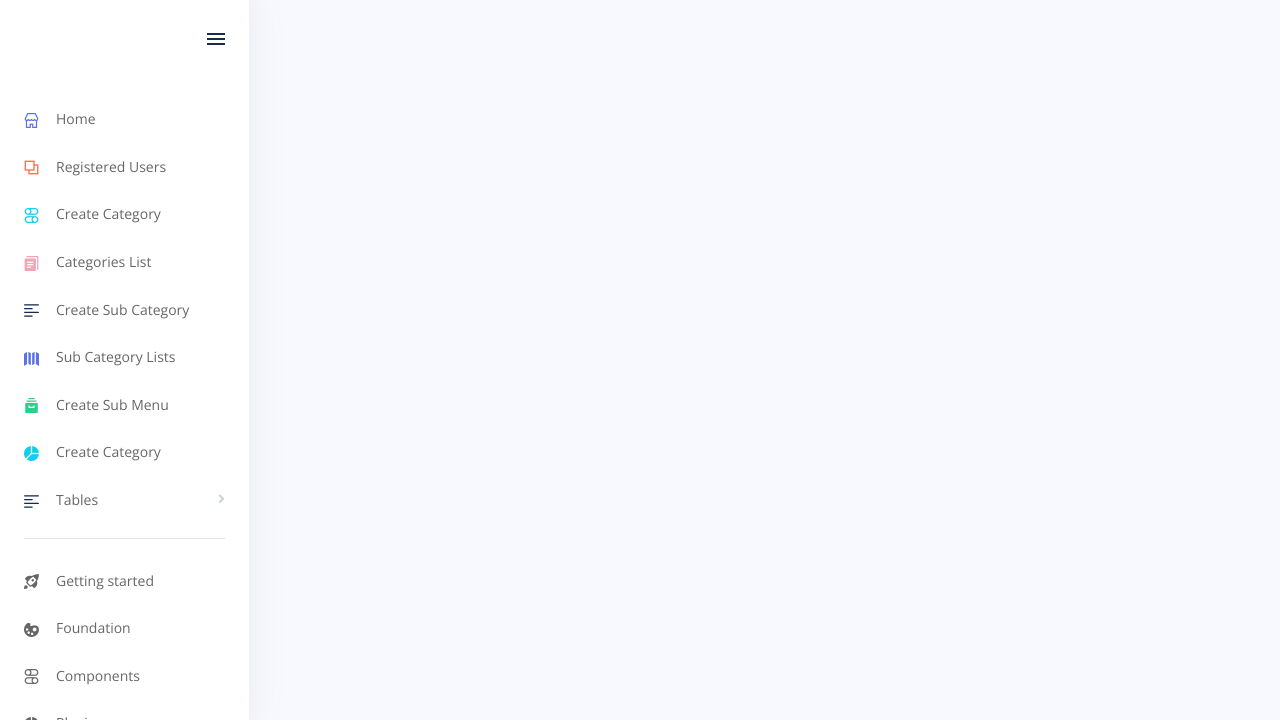
Repository: shivaylamba/caadvotescs
Page: resources/views/admin/layouts/header.blade.php
These files come from the project's save history. The page is drawn as it stood at one moment and after the next save; the edit follows.
The browser window is 1280 px wide. The pictures show the whole page.
The page is served by the project's Laravel application, run on PHP 8.4 with Laravel 8. The template is opened directly, without the code that normally fills it, so the values that code supplies are empty.

Above is the page before, as saved 2020-01-10 01:33:44.

After the next save:
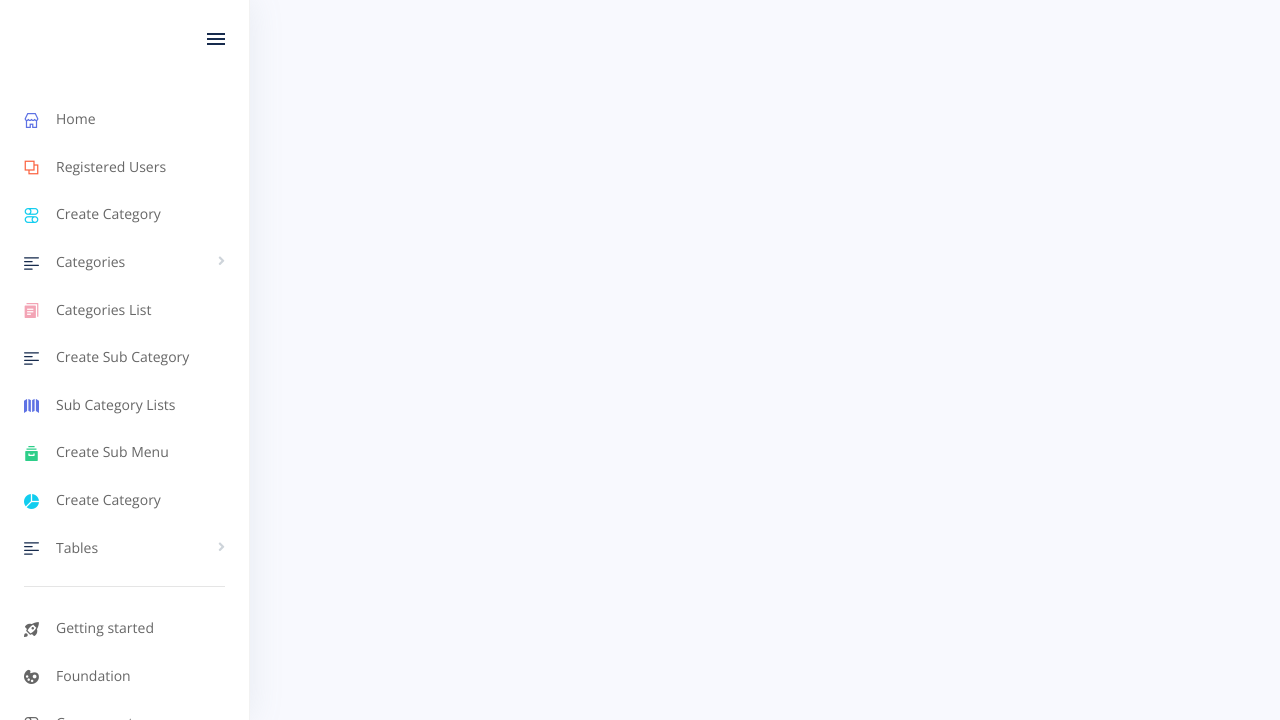
Saved 50 s later.
--- a/resources/views/admin/layouts/header.blade.php
+++ b/resources/views/admin/layouts/header.blade.php
@@ -82,6 +82,25 @@
                 <i class="ni ni-ui-04 text-info"></i>
                 <span class="nav-link-text">Create Category</span>
               </a>
+            </li>
+            <li class="nav-item">
+              <a class="nav-link" href="#navbar-tables" data-toggle="collapse" role="button" aria-expanded="false" aria-controls="navbar-tables">
+                <i class="ni ni-align-left-2 text-default"></i>
+                <span class="nav-link-text">Categories</span>
+              </a>
+              <div class="collapse" id="navbar-tables">
+                <ul class="nav nav-sm flex-column">
+                  <li class="nav-item">
+                    <a href="../../pages/tables/tables.html" class="nav-link">Tables</a>
+                  </li>
+                  <li class="nav-item">
+                    <a href="../../pages/tables/sortable.html" class="nav-link">Sortable</a>
+                  </li>
+                  <li class="nav-item">
+                    <a href="../../pages/tables/datatables.html" class="nav-link">Datatables</a>
+                  </li>
+                </ul>
+              </div>
             </li>
             <li class="nav-item">
               <a class="nav-link {{'category-list' == request()->path() ? 'active' : ''}}" href="/category-list"  role="button" aria-expanded="false" aria-controls="navbar-forms">
